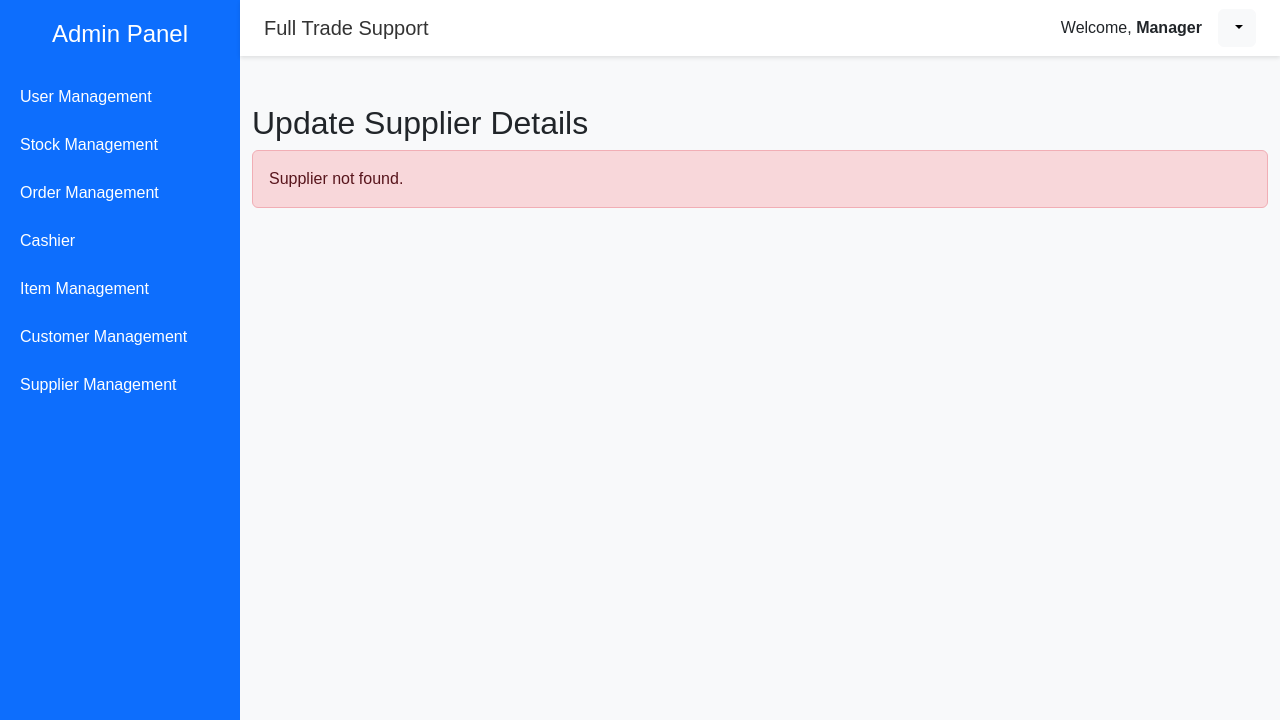
Repository: LakviduUpasara/onlineSparePartsManagementSystem
Page: http://localhost/Spare_parts_Management_Systems/supplier-update
An editor plug-in stored every save of this project. The page is shown before and after the next save, followed by the edit.
The browser window is 1280 px wide. The pictures show the whole page.
The page is served by Tomcat 9. Queries for data that is not in the repository find no rows.

Above is the page before, as saved 2025-05-13 14:58:46.

After the next save:
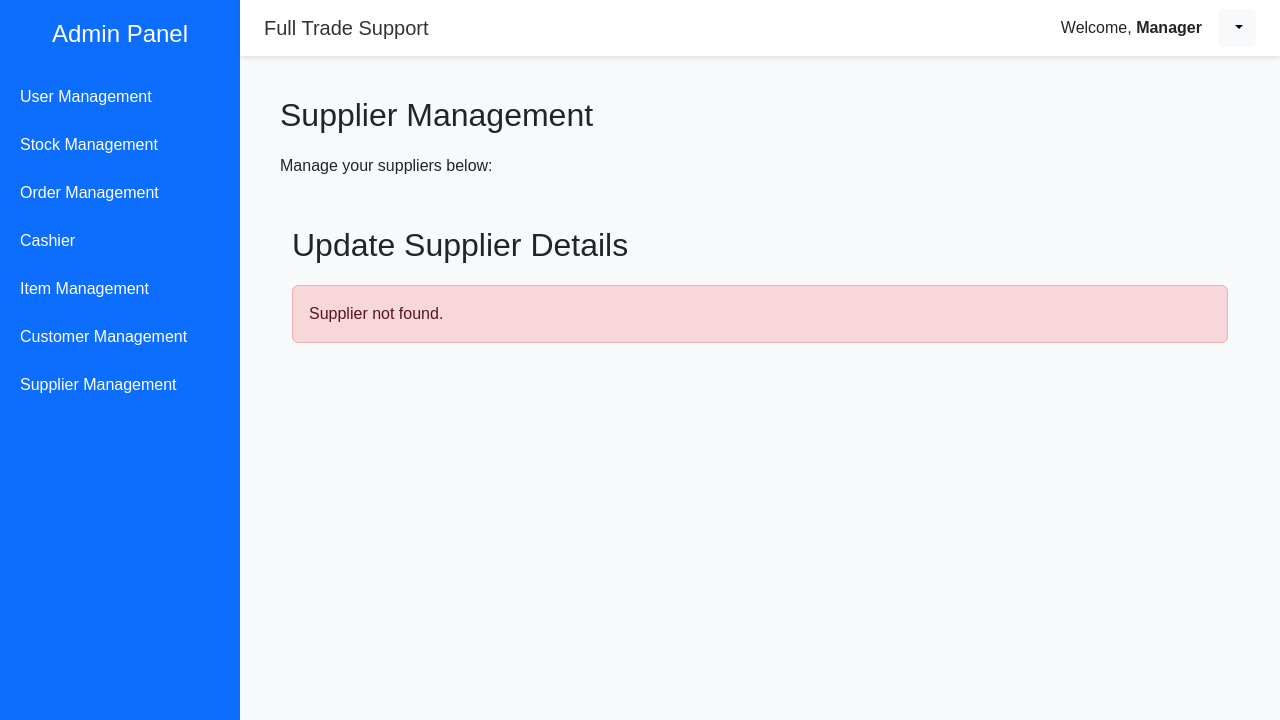
Saved 94 s later.
--- a/Project/Project/Spare_parts_Management_Systems/src/main/webapp/Maneger/supplier-update.jsp
+++ b/Project/Project/Spare_parts_Management_Systems/src/main/webapp/Maneger/supplier-update.jsp
@@ -12,6 +12,17 @@
 
 </head>
 <body>
+  <!-- Sidebar -->
+  <div class="sidebar">
+    <h4 class="text-center mb-4">Manager  Panel</h4>
+    <a href="#"><i class="fas fa-users"></i> User Management</a>
+    <a href="#"><i class="fas fa-boxes"></i> Stock Management</a>
+    <a href="#"><i class="fas fa-shopping-cart"></i> Order Management</a>
+    <a href="#"><i class="fas fa-cash-register"></i> Cashier</a>
+    <a href="#"><i class="fas fa-box"></i> Item Management</a>
+    <a href="#"><i class="fas fa-user-friends"></i> Customer Management</a>
+    <a href="#"><i class="fas fa-truck"></i> Supplier Management</a>
+  </div>
 <div class="sidebar">
     <h4 class="text-center mb-4">Admin  Panel</h4>
     <a href=" GetAllServlet"><i class="fas fa-users"></i> User Management</a>
@@ -23,7 +34,8 @@
     <a href="supplier-list"><i class="fas fa-truck"></i> Supplier Management</a>
   </div>
 
-    <!-- Main Content -->
+
+  <!-- Main Content -->
   <div class="main-content">
     <nav class="navbar navbar-expand-lg navbar-light px-4">
       <a class="navbar-brand" href="#">Full Trade Support</a>
@@ -42,6 +54,11 @@
         </div>
       </div>
     </nav>
+
+    <div class="dashboard-content">
+      <h2>Supplier Management</h2>
+      <p>Manage your suppliers below:</p>
+
 
     <div class="container mt-5">
         <h2>Update Supplier Details</h2>
